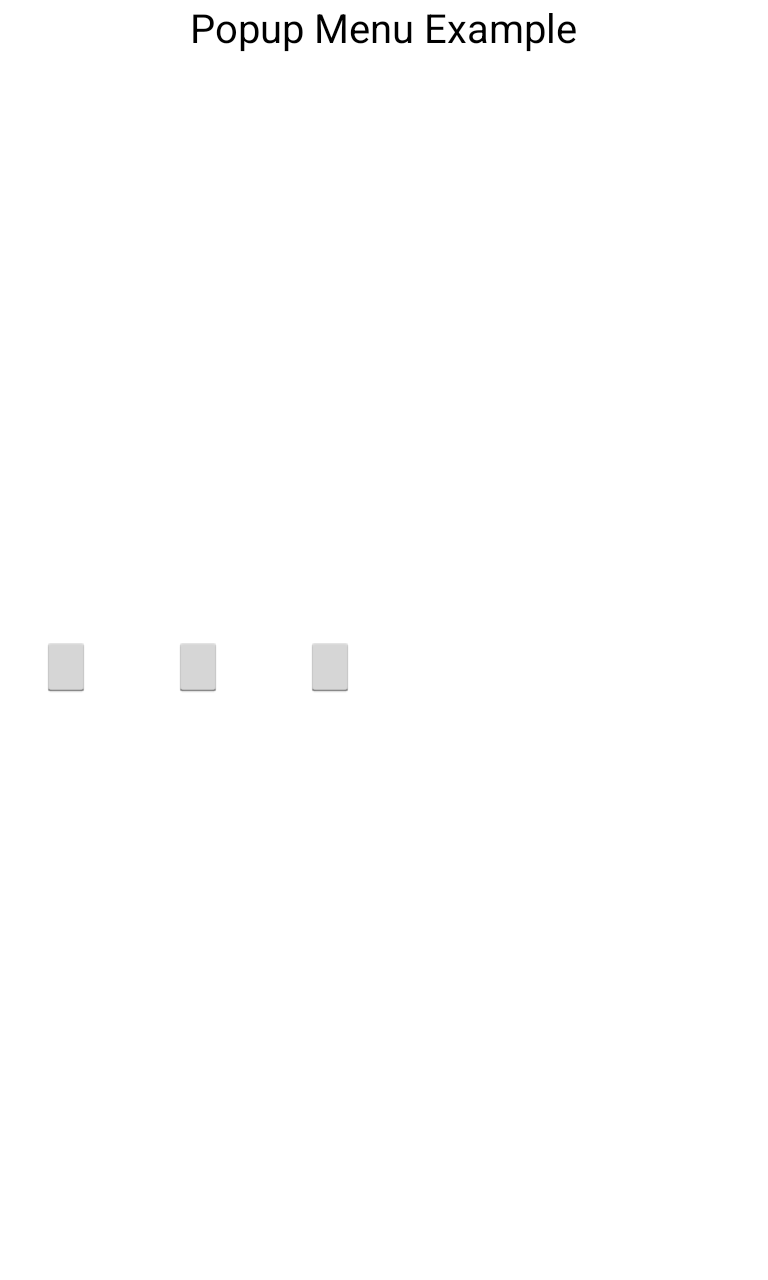
Repository: k-chung/fatelogin
Layout: popupmenu/Main/res/layout/main.xml
The author's editor kept a copy of each file at every save. The layout is drawn from the files as they stood at one save, then again after the next save.
It is drawn on a 768 x 1280 px phone screen (xhdpi) without system bars, with theme AppTheme; the app's code is not run.

Above is the layout before, as saved 2014-08-16 23:37:37.

After the next save:
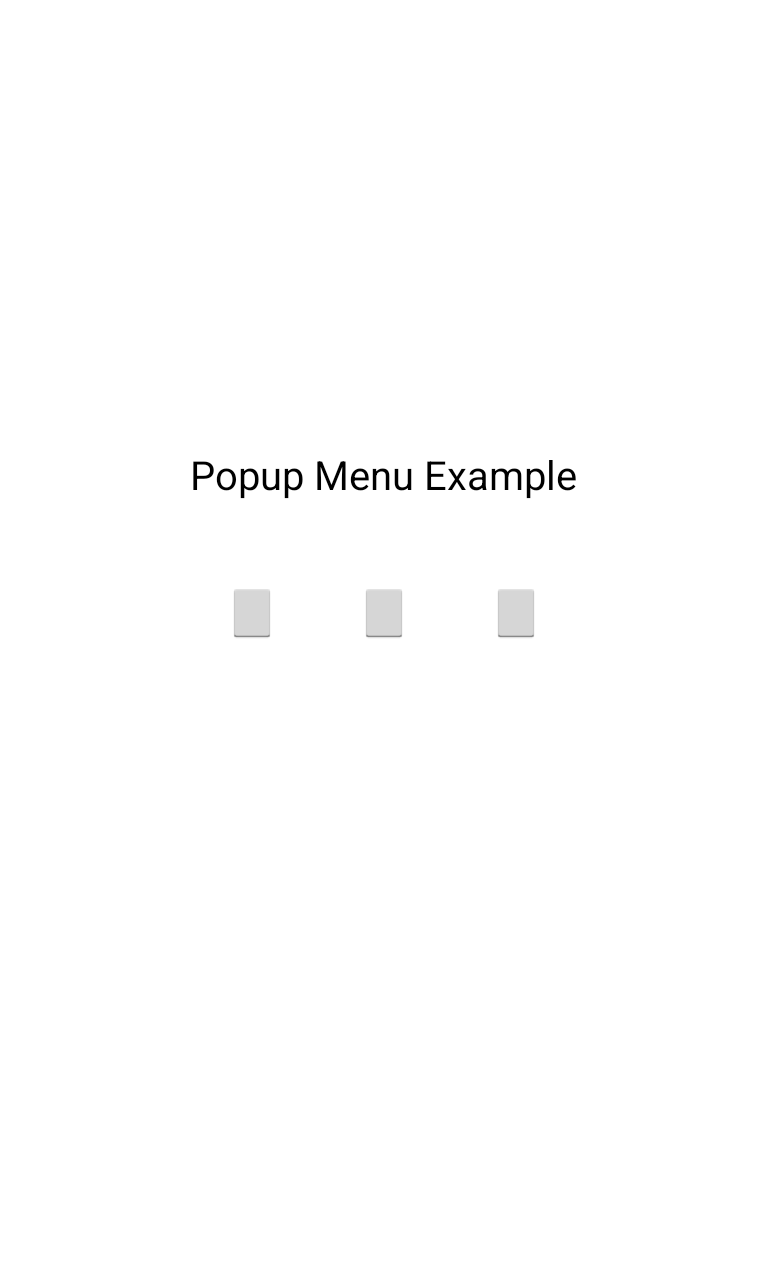
Saved 31 s later.
--- a/popupmenu/Main/res/layout/main.xml
+++ b/popupmenu/Main/res/layout/main.xml
@@ -14,8 +14,8 @@
         android:text="Popup Menu Example" />
 
     <LinearLayout
-        android:layout_width="match_parent"
-        android:layout_height="match_parent"
+        android:layout_width="wrap_content"
+        android:layout_height="wrap_content"
         android:orientation="horizontal">
 	    <ImageButton
 	        android:layout_width="wrap_content"
